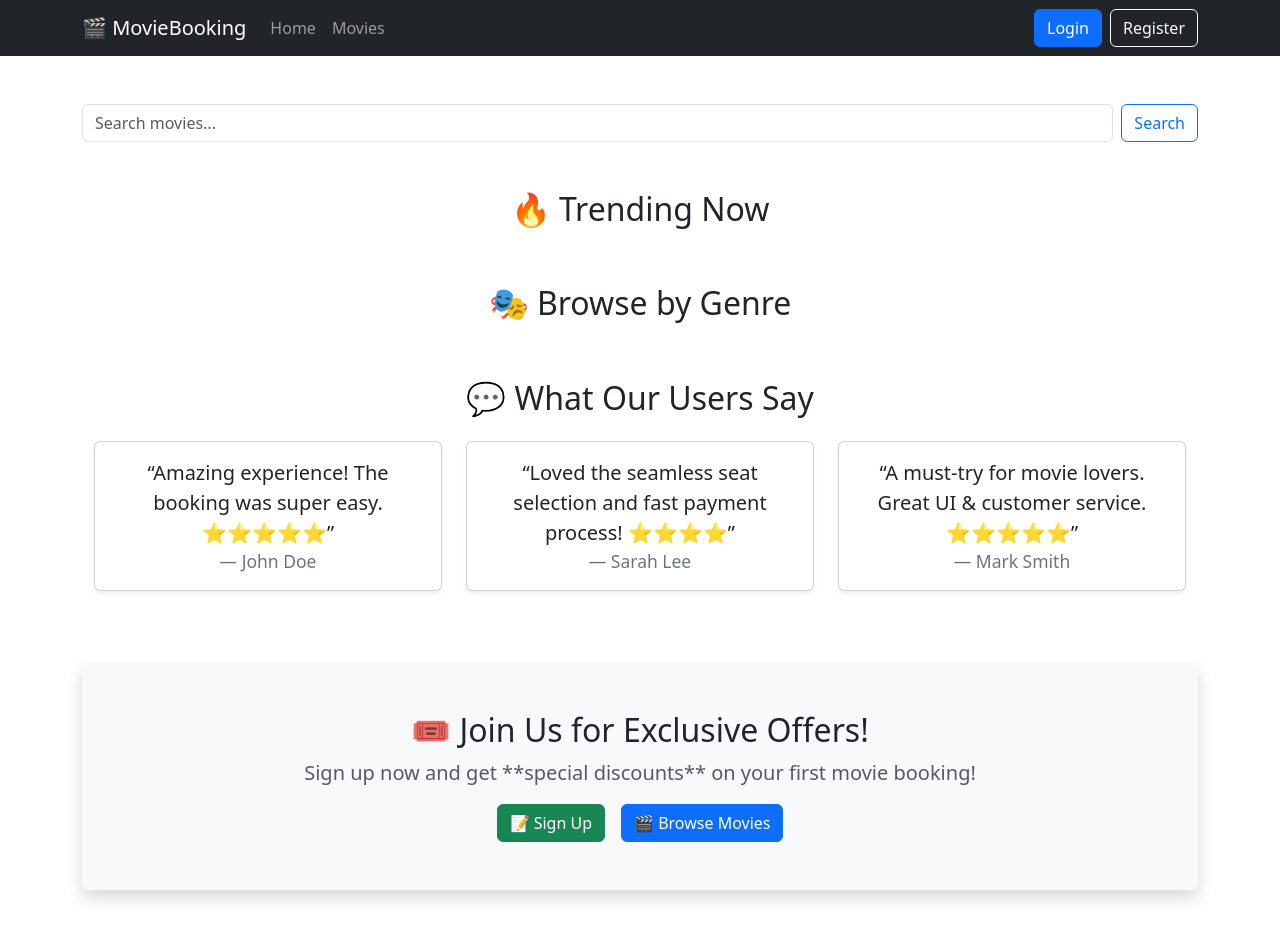
Repository: AshwinUgale/MovieBookingFrontend
Page: /
The author's editor kept a copy of each file at every save. The page is drawn from the files as they stood at one save, then again after the next save.
The browser window is 1280 px wide. The pictures show the whole page.
The page's requests for data from a server got no answer. The project was rebuilt for these pictures with package versions that can differ from the ones it lists, and the page was loaded fresh each time. No one was signed in, and anything a server would have sent is missing. Also part of the build but not shown: src/components/HeroSection.js, src/pages/LoginPage.js, src/pages/RegisterPage.js, src/pages/DashboardPage.js, src/utils/PrivateRoute.js, src/pages/MovieList.js, src/pages/ShowtimesPage.js, src/pages/AdminMoviePage.js and 5 more.

Above is the page before, as saved 2025-02-21 11:30:29.

### src/index.js
import React from 'react';
import ReactDOM from 'react-dom/client';
import 'bootstrap/dist/css/bootstrap.min.css';


import App from './App';


const root = ReactDOM.createRoot(document.getElementById('root'));
root.render(
  <React.StrictMode>
    <App />
  </React.StrictMode>
);

### src/App.js
import { BrowserRouter as Router, Routes, Route } from "react-router-dom";
import HomePage from "./pages/HomePage";
import LoginPage from "./pages/LoginPage";
import RegisterPage from "./pages/RegisterPage";
import DashboardPage from "./pages/DashboardPage";
import PrivateRoute from "./utils/PrivateRoute";
import MovieList from "./pages/MovieList";
import ShowtimesPage from "./pages/ShowtimesPage";
import AdminMoviePage from "./pages/AdminMoviePage";
import AdminShowtimePage from "./pages/AdminShowtimePage";
import ShowtimePage from "./pages/ShowtimePage";
import PaymentPage from "./pages/PaymentPage";
import BookingHistoryPage from "./pages/BookingHistoryPage";
import CustomNavbar from "./components/Navbar";
import AuthProvider from "./context/AuthContext";


function App() {
  return (
    <AuthProvider>
    <Router>
      <CustomNavbar/>
      <Routes>
        {/* Public Routes */}
        <Route path="/" element={<HomePage />} />
        <Route path="/login" element={<LoginPage />} />
        <Route path="/register" element={<RegisterPage />} />
        <Route path="/movies" element={<MovieList />} />  {/* ✅ Updated path */}
        <Route path="/showtimes/:movieId" element={<ShowtimesPage />} />  {/* ✅ Updated path */}
        <Route path="/showtime/:showtimeId" element={<ShowtimePage />} />
        <Route path="/payment/:bookingId" element={<PaymentPage />} />

        {/* Protected Routes */}
        <Route path="/dashboard" element={<PrivateRoute component={DashboardPage} />} />
        <Route path="/admin/movies" element={<PrivateRoute component={AdminMoviePage} />} />
        <Route path="/admin/showtimes" element={<PrivateRoute component={AdminShowtimePage} />} />
        <Route path="/bookings" element={<PrivateRoute component={BookingHistoryPage} />} />
      </Routes>
    </Router>
    </AuthProvider>
  );
}

export default App;

### src/pages/HomePage.js
import { Container } from "react-bootstrap";
import HeroSection from "../components/HeroSection";
import TrendingMovies from "../components/TrendingMovies";
import MovieSearch from "../components/MovieSearch";
import GenreSection from "../components/GenreSection";
import Testimonials from "../components/Testimonials";
import CallToAction from "../components/CallToAction";

const HomePage = () => {
  return (
    <>
      {/* Hero Banner */}
      {/* <HeroSection /> */}

      <Container className="text-center mt-5">
        {/* Search Bar */}
        <MovieSearch />

        {/* Trending Movies */}
        <TrendingMovies />

        {/* Browse by Genre */}
        <GenreSection />

        {/* User Testimonials */}
        <Testimonials />

        {/* Call to Action */}
        <CallToAction />
      </Container>
    </>
  );
};

export default HomePage;

### src/components/Navbar.js
import { Link } from "react-router-dom";
import { useContext } from "react";
import { AuthContext } from "../context/AuthContext"; // ✅ Import AuthContext
import { Navbar, Nav, Container, Button } from "react-bootstrap"; // ✅ Import Bootstrap components

const CustomNavbar = () => {
    const { isAuthenticated, logout } = useContext(AuthContext); // ✅ Use authentication state

    return (
        <Navbar bg="dark" variant="dark" expand="lg">
            <Container>
                <Navbar.Brand as={Link} to="/">🎬 MovieBooking</Navbar.Brand>
                <Navbar.Toggle aria-controls="basic-navbar-nav" />
                <Navbar.Collapse id="basic-navbar-nav">
                    <Nav className="me-auto">
                        <Nav.Link as={Link} to="/">Home</Nav.Link>
                        <Nav.Link as={Link} to="/movies">Movies</Nav.Link>
                        {isAuthenticated && <Nav.Link as={Link} to="/bookings">My Bookings</Nav.Link>}
                    </Nav>
                    <Nav>
                        {!isAuthenticated ? (
                            <>
                                <Button variant="primary" as={Link} to="/login" className="mx-2">Login</Button>
                                <Button variant="outline-light" as={Link} to="/register">Register</Button>
                            </>
                        ) : (
                            <Button variant="outline-light" onClick={logout}>Logout</Button>
                        )}
                    </Nav>
                </Navbar.Collapse>
            </Container>
        </Navbar>
    );
};

export default CustomNavbar;

### src/context/AuthContext.js
import { createContext, useState, useEffect } from "react";

export const AuthContext = createContext();

const AuthProvider = ({ children }) => {
    const [isAuthenticated, setIsAuthenticated] = useState(!!localStorage.getItem("token"));

    useEffect(() => {
        const handleStorageChange = () => {
            setIsAuthenticated(!!localStorage.getItem("token"));
        };

        window.addEventListener("storage", handleStorageChange);

        return () => {
            window.removeEventListener("storage", handleStorageChange);
        };
    }, []);

    const login = (token) => {
        localStorage.setItem("token", token);
        setIsAuthenticated(true);
    };

    const logout = () => {
        localStorage.removeItem("token");
        setIsAuthenticated(false);
    };

    return (
        <AuthContext.Provider value={{ isAuthenticated, login, logout }}>
            {children}
        </AuthContext.Provider>
    );
};

export default AuthProvider;

### src/components/TrendingMovies.js
import React, { useEffect, useState } from "react";
import api from "../services/api";
import { Card, Row, Col } from "react-bootstrap";

const TrendingMovies = () => {
  const [movies, setMovies] = useState([]);

  useEffect(() => {
    async function fetchMovies() {
      try {
        const response = await api.get("/movies");
        setMovies(response.data.slice(0, 6)); // Show 6 trending movies
      } catch (error) {
        console.error("Error fetching movies:", error);
      }
    }
    fetchMovies();
  }, []);

  return (
    <div className="container my-5">
      <h2 className="text-center">🔥 Trending Now</h2>
      <Row>
        {movies.map(movie => (
          <Col key={movie._id} md={4} className="mb-4">
            <Card>
              <Card.Img variant="top" src={movie.posterUrl || "/default-poster.jpg"} />
              <Card.Body>
                <Card.Title>{movie.title}</Card.Title>
                <a href={`/movies/${movie._id}`} className="btn btn-primary">View Details</a>
              </Card.Body>
            </Card>
          </Col>
        ))}
      </Row>
    </div>
  );
};

export default TrendingMovies;

### src/components/MovieSearch.js
import { useState } from "react";
import { useNavigate } from "react-router-dom";

const MovieSearch = () => {
  const [query, setQuery] = useState("");
  const navigate = useNavigate();

  const handleSearch = (e) => {
    e.preventDefault();
    if (query.trim()) {
      navigate(`/movies?search=${query}`);
    }
  };

  return (
    <form onSubmit={handleSearch} className="d-flex my-4">
      <input type="text" className="form-control me-2" placeholder="Search movies..." value={query} onChange={(e) => setQuery(e.target.value)} />
      <button type="submit" className="btn btn-outline-primary">Search</button>
    </form>
  );
};

export default MovieSearch;

### src/components/GenreSection.js
import React, { useEffect, useState } from "react";
import api from "../services/api";

const GenreSection = () => {
  const [genres, setGenres] = useState([]);

  useEffect(() => {
    async function fetchGenres() {
      const response = await api.get("/movies");
      setGenres([...new Set(response.data.map(movie => movie.genre))]);
    }
    fetchGenres();
  }, []);

  return (
    <div className="container my-5">
      <h2 className="text-center">🎭 Browse by Genre</h2>
      <div className="d-flex flex-wrap justify-content-center">
        {genres.map(genre => (
          <a key={genre} href={`/movies?genre=${genre}`} className="btn btn-outline-secondary m-2">
            {genre}
          </a>
        ))}
      </div>
    </div>
  );
};

export default GenreSection;

### src/components/Testimonials.js
import React from "react";
import { Card, Container, Row, Col } from "react-bootstrap";

const testimonials = [
  { name: "John Doe", review: "Amazing experience! The booking was super easy. ⭐⭐⭐⭐⭐" },
  { name: "Sarah Lee", review: "Loved the seamless seat selection and fast payment process! ⭐⭐⭐⭐" },
  { name: "Mark Smith", review: "A must-try for movie lovers. Great UI & customer service. ⭐⭐⭐⭐⭐" },
];

const Testimonials = () => {
  return (
    <Container className="my-5">
      <h2 className="text-center">💬 What Our Users Say</h2>
      <Row className="mt-4">
        {testimonials.map((testimonial, index) => (
          <Col key={index} md={4} className="mb-4">
            <Card className="h-100 shadow-sm">
              <Card.Body>
                <blockquote className="blockquote mb-0">
                  <p>“{testimonial.review}”</p>
                  <footer className="blockquote-footer">{testimonial.name}</footer>
                </blockquote>
              </Card.Body>
            </Card>
          </Col>
        ))}
      </Row>
    </Container>
  );
};

export default Testimonials;

### src/components/CallToAction.js
import React from "react";
import { Container, Button } from "react-bootstrap";
import { Link } from "react-router-dom";

const CallToAction = () => {
  return (
    <Container className="text-center my-5 py-5 bg-light rounded shadow">
      <h2 className="text-dark">🎟️ Join Us for Exclusive Offers!</h2>
      <p className="lead text-muted">
        Sign up now and get **special discounts** on your first movie booking!
      </p>
      <div className="d-flex justify-content-center">
        <Link to="/register">
          <Button variant="success" className="mx-2">📝 Sign Up</Button>
        </Link>
        <Link to="/movies">
          <Button variant="primary" className="mx-2">🎬 Browse Movies</Button>
        </Link>
      </div>
    </Container>
  );
};

export default CallToAction;

### src/services/api.js
import axios from "axios";

const api = axios.create({
  baseURL: "http://localhost:5000/api",
  headers: {
    "Content-Type": "application/json",
  },
});


api.interceptors.request.use((config) => {
  const token = localStorage.getItem("token");
  if (token) {
    config.headers.Authorization = `Bearer ${token}`;
  }
  return config;
});

export const fetchMovies = async () => {
  const response = await api.get("/movies");
  return response.data;
};


export const fetchShowtimes = async (movieId) => {
  const response = await api.get(`/showtimes?movie=${movieId}`);
  return response.data;
};

export const addMovie = async (movieData) => {
  const token = localStorage.getItem("token");
  const response = await api.post("/movies", movieData, {
    headers: { Authorization: `Bearer ${token}` },
  });
  return response.data;
};

export const addShowtime = async (showtimeData) => {
  const token = localStorage.getItem("token");
  const response = await api.post("/showtimes", showtimeData, {
    headers: { Authorization: `Bearer ${token}` },
  });
  return response.data;
};


export const fetchSeats = async (showtimeId) => {
  try {
    const response = await api.get(`/showtimes/${showtimeId}`);
    return response.data.availableSeats;
  } catch (error) {
    console.error("Error fetching seats:", error);
    throw error;
  }
};


export const bookSeats = async (showtimeId, seats) => {
  try {
    const response = await api.post("/bookings", { showtimeId, seats });
    return response.data;
  } catch (error) {
    console.error("Error booking seats:", error);
    throw error;
  }
};

export const mockPayment = async (bookingId) => {
  try {
      const response = await api.post("/payments/pay", { bookingId });
      return response.data;
  } catch (error) {
      console.error("Error processing mock payment:", error);
      throw error;
  }
};

export const fetchBookingHistory = async () => {
  try {
      const response = await api.get("/bookings/history");  // GET request
      return response.data;
  } catch (error) {
      console.error("Error fetching booking history:", error);
      throw error;
  }
};


export const cancelBooking = async (bookingId) => {
  try {
      const response = await api.delete(`/bookings/${bookingId}`); // DELETE request
      return response.data;
  } catch (error) {
      console.error("Error canceling booking:", error);
      throw error;
  }
};


export default api;

Loaded but not shown: public/index.html (common file)

After the next save:
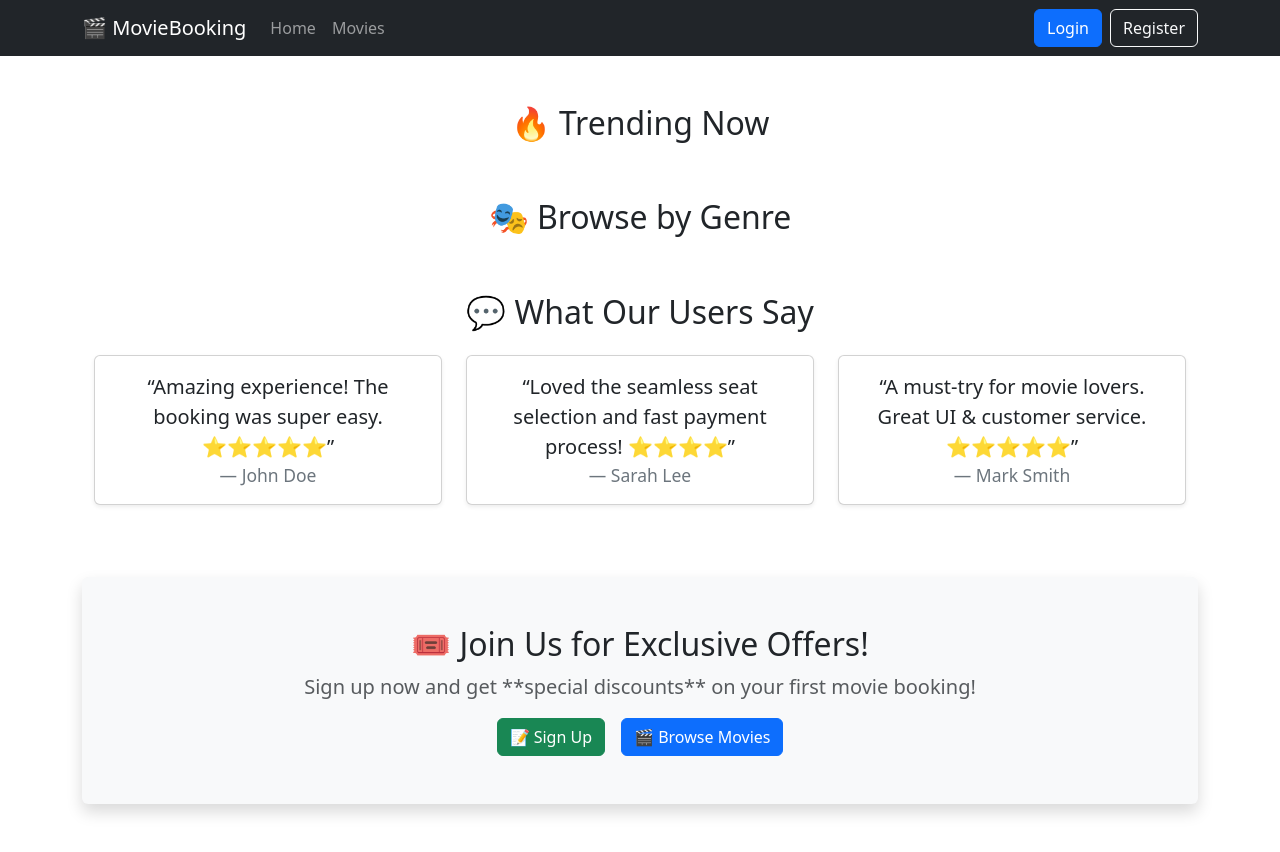
Saved 6 min 22 s later.
--- a/src/pages/HomePage.js
+++ b/src/pages/HomePage.js
@@ -14,7 +14,6 @@ const HomePage = () => {
 
       <Container className="text-center mt-5">
         {/* Search Bar */}
-        <MovieSearch />
 
         {/* Trending Movies */}
         <TrendingMovies />
